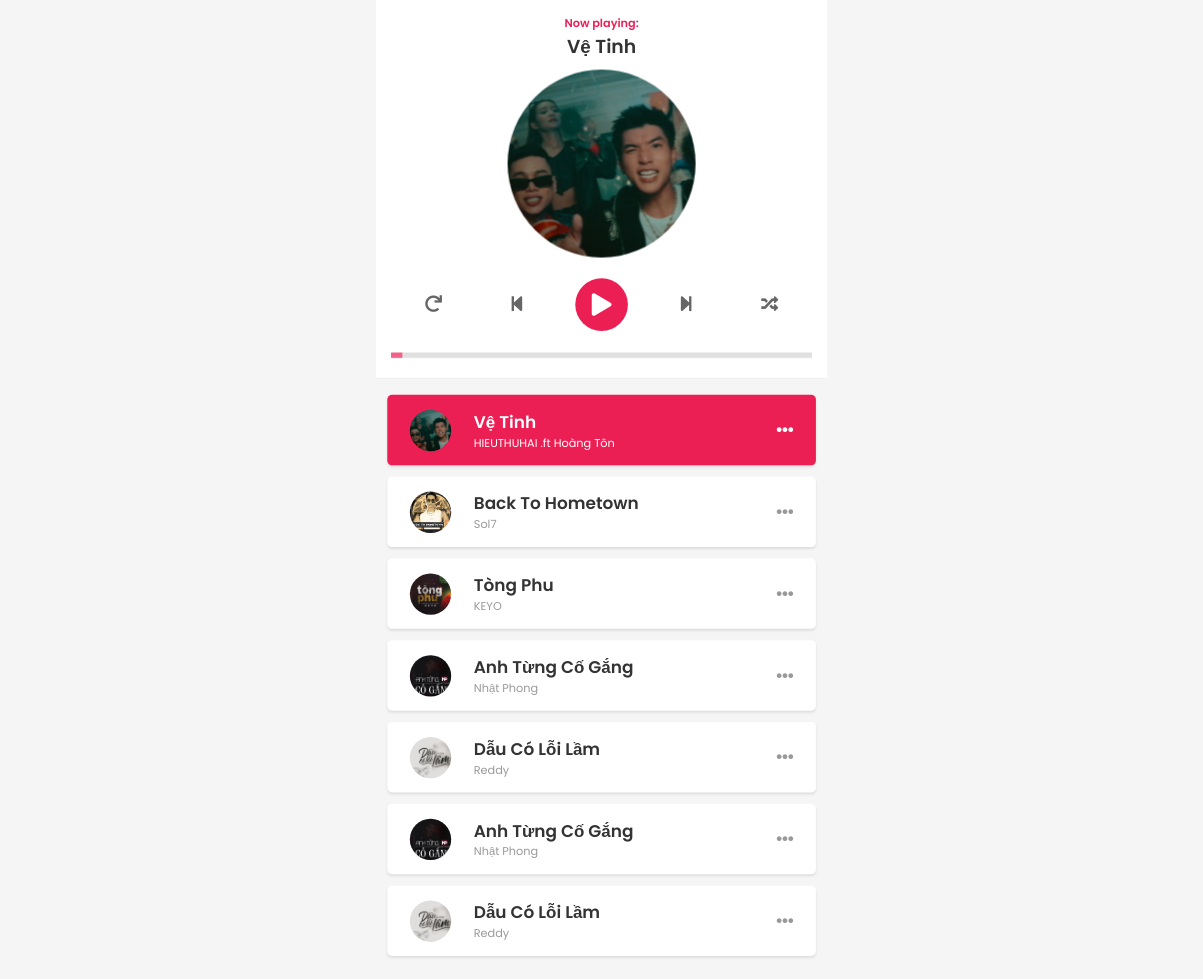
Repository: ynguyen1512/music-player
Page: index.html
An editor plug-in stored every save of this project. The page is shown before and after the next save, followed by the edit.
The browser window is 1280 px wide. The pictures show the whole page, at 94% of full size.
Pictures or frames that could not be fetched are drawn as grey boxes.

Above is the page before, as saved 2022-09-26 19:39:59.

After the next save:
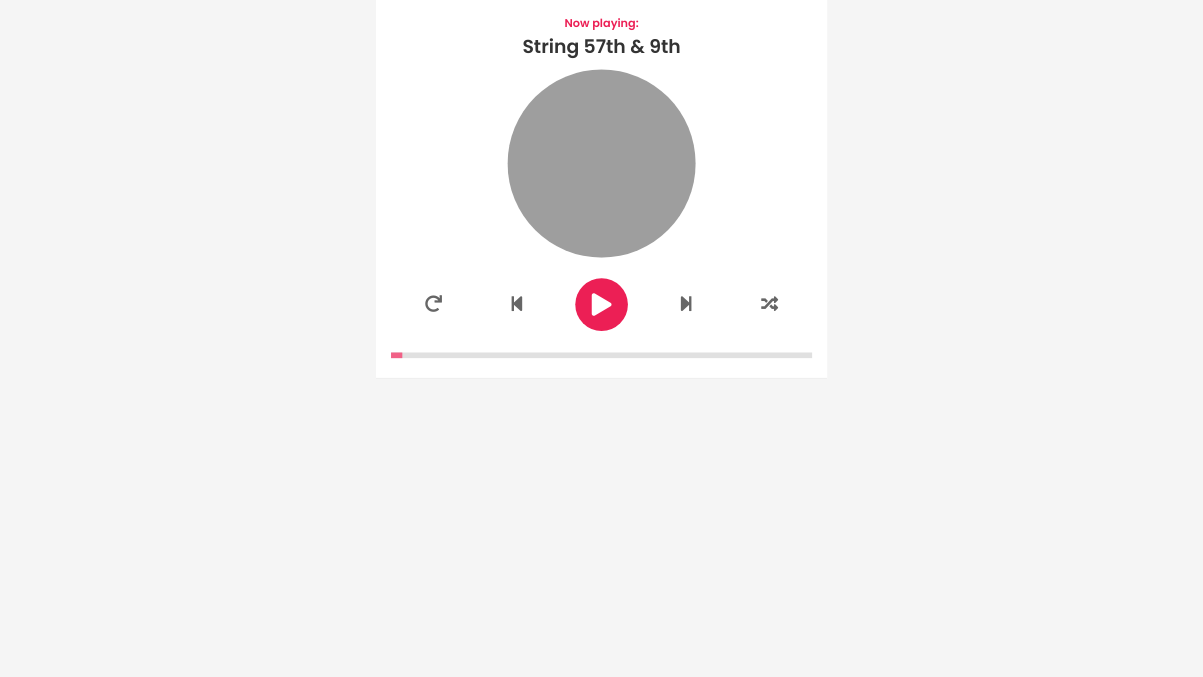
Console error: SyntaxError: Invalid or unexpected token
Saved 19 s later.
--- a/index.html
+++ b/index.html
@@ -255,7 +255,7 @@
 
         // Lang nghe hanh vi click vao playlist
         playlist.onclick = function(e) {
-          if(e.targer.closest('.song:not(.active'))
+          if(e.targer.closest('.song:not(.active))
           {
 
           }

After the save that followed:
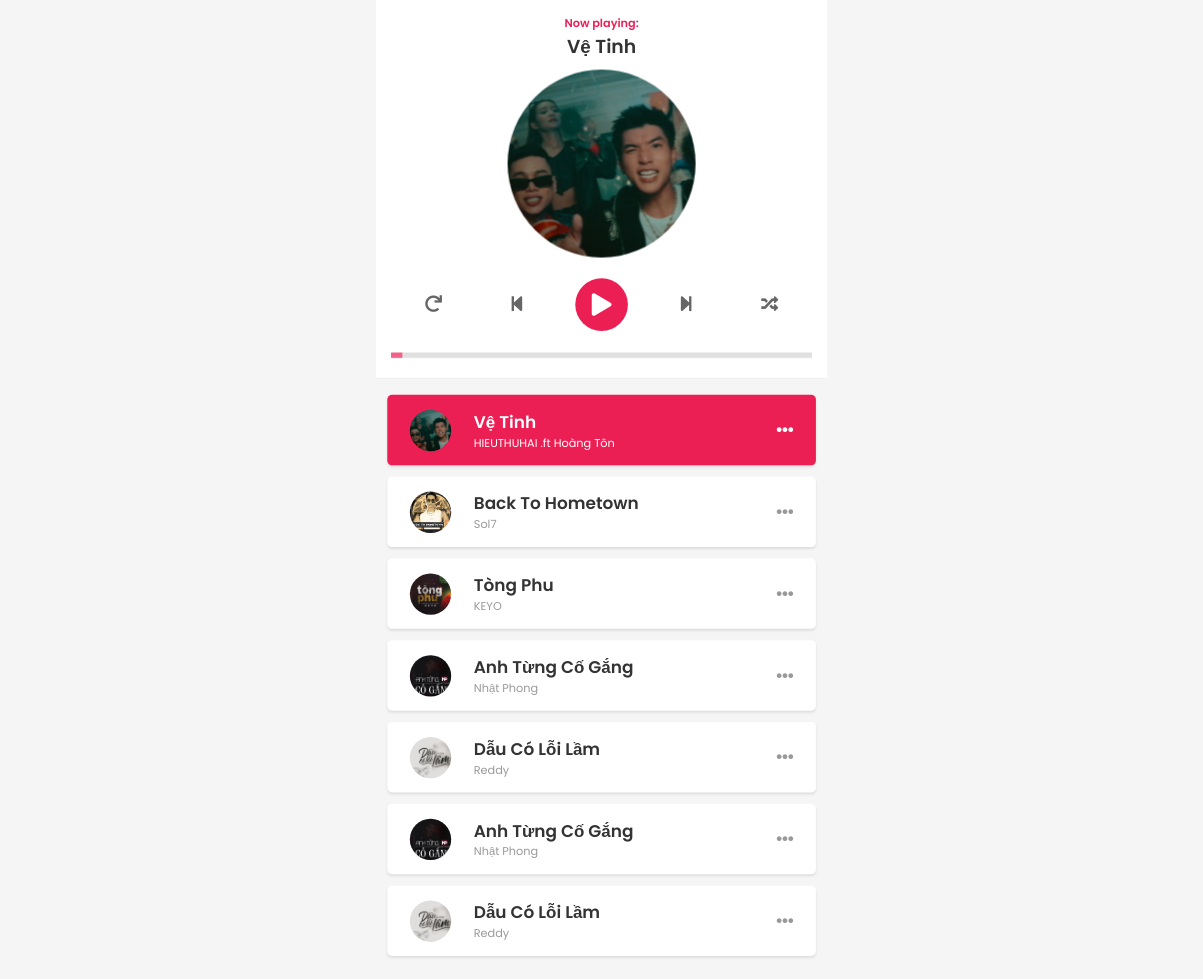
The error is gone.
Saved 29 s later.
--- a/index.html
+++ b/index.html
@@ -255,7 +255,7 @@
 
         // Lang nghe hanh vi click vao playlist
         playlist.onclick = function(e) {
-          if(e.targer.closest('.song:not(.active))
+          if(e.targer.closest('.song:not(.active)'))
           {
 
           }
